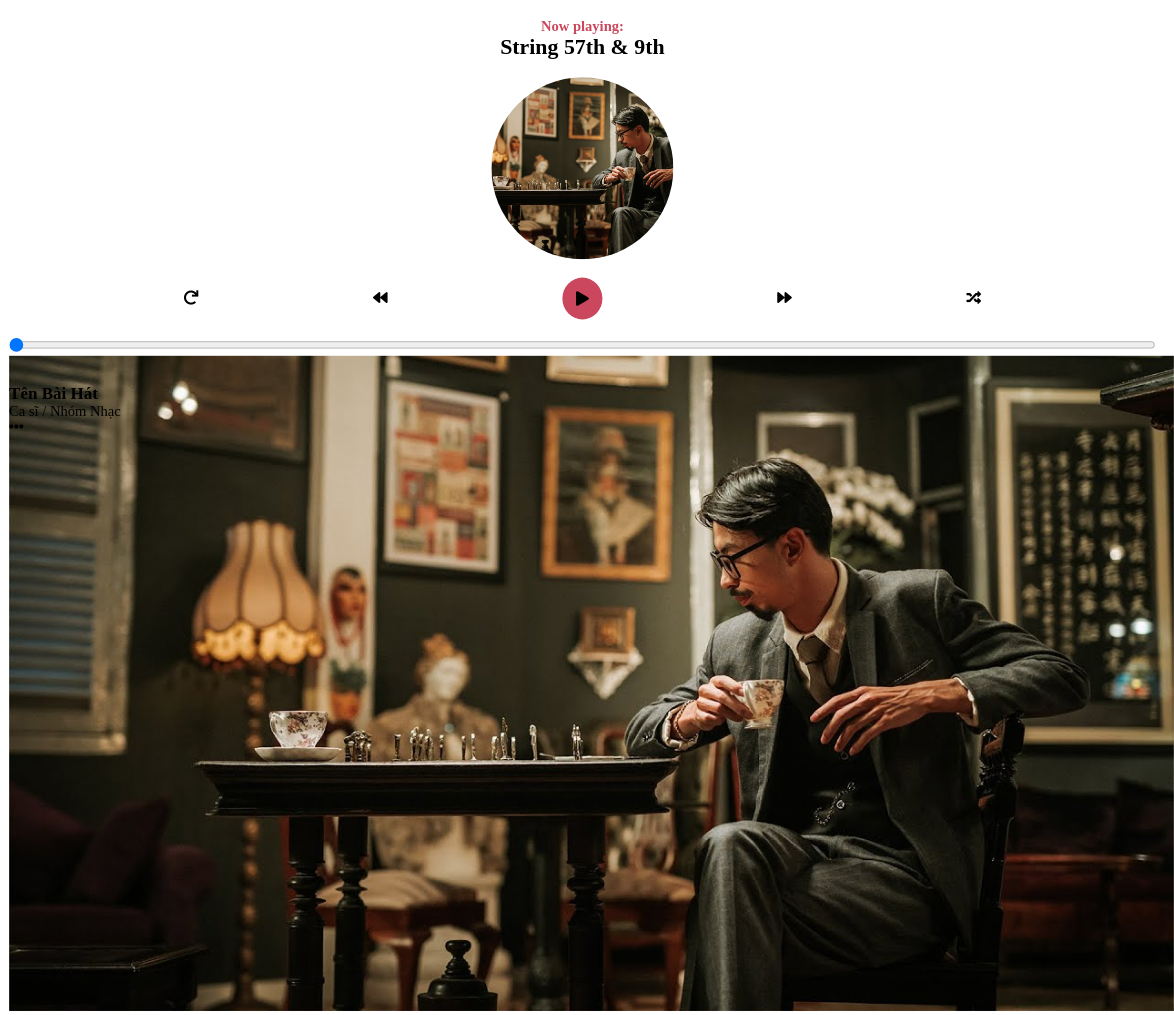
Repository: dovanthao2404/AppMusicPlayer
Page: index.html
An editor plug-in stored every save of this project. The page is shown before and after the next save, followed by the edit.
The browser window is 1280 px wide. The page is 1290 px wide, then 1280 px, so the pictures cover 1290 px, including what lies to the right of the window. The pictures show the whole page, at 91% of full size.

Above is the page before, as saved 2021-06-28 02:25:38.

### index.html
<!DOCTYPE html>
<html lang="en">

<head>
  <meta charset="UTF-8">
  <meta http-equiv="X-UA-Compatible" content="IE=edge">
  <meta name="viewport" content="width=device-width, initial-scale=1.0">
  <title>Music</title>
  <!-- FONTAWESOME -->
  <link rel="stylesheet" href="https://cdnjs.cloudflare.com/ajax/libs/font-awesome/5.15.3/css/all.min.css"
    integrity="sha512-iBBXm8fW90+nuLcSKlbmrPcLa0OT92xO1BIsZ+ywDWZCvqsWgccV3gFoRBv0z+8dLJgyAHIhR35VZc2oM/gI1w=="
    crossorigin="anonymous" referrerpolicy="no-referrer" />
  <!-- MAIN CSS -->
  <link rel="stylesheet" href="./css/app.css">
</head>

<body>
  <div class="player">
    <div class="dashboards">
      <!-- HEADER -->
      <header>
        <h4>Now playing:</h4>
        <h2>String 57th & 9th</h2>
      </header>

      <!-- CD -->
      <div id="cd" class="cd">
        <div class="thumb">
          <img src="./img/loinho.jpg" alt="">
        </div>
      </div>

      <!-- CONTROL -->
      <div class="controls" class="controls">
        <div class="btn btn-repeat">
          <i class="fa fa-redo"></i>
        </div>
        <div class="btn btn-prev">
          <i class="fa fa-backward"></i>
        </div>
        <div class="btn btn-toggle-play">
          <i class="fa fa-play"></i>
          <i class="fa fa-pause"></i>
        </div>
        <div class="btn btn-next">
          <i class="fa fa-forward"></i>
        </div>
        <div class="btn btn-random">
          <i class="fa fa-random"></i>
        </div>
      </div>

      <!-- PROGRESS -->
      <input id="progress" class="progress" value="0" step="1" min="0" max="100" type="range">

      <!-- AUDIO -->
      <audio id="audio" src=""></audio>

      <!-- PLAY LIST -->
      <div class="playlist">
        <div class="song">
          <div class="thumb">
            <img src="./img/loinho.jpg" alt="">
          </div>
          <div class="body">
            <h3 class="title">Tên Bài Hát</h3>
            <p class="author">Ca sĩ / Nhóm Nhạc</p>
          </div>
          <div class="option">
            <i class="fa fa-ellipsis-h"></i>
          </div>
        </div>
      </div>
    </div>
  </div>
  <script src="./js/app.js"></script>
</body>

</html>

### css/app.css
/* GLOBAL */
* {
  padding: 0;
  margin: 0;
  box-sizing: border-box;
}
/* PLAYER */
.dashboards {
  margin: 0 10px;
}
header {
  text-align: center;
  margin: 20px 0;
}
header h4 {
  color: rgb(202, 71, 93);
}
.cd {
  position: relative;
}
.cd .thumb {
  width: 200px;
  height: 200px;
  position: absolute;
  top: 50%;
  left: 50%;
  transform: translate(-50%);
}
.cd .thumb img {
  border-radius: 50%;
  width: 100%;
  height: 100%;
  object-fit: cover;
}
.controls {
  display: flex;
  justify-content: space-evenly;
  align-items: center;
  margin-top: 240px;
  margin-bottom: 20px;
}
.btn-toggle-play .fa {
  padding: 15px;
  border-radius: 50%;
  background-color: rgb(202, 71, 93);
}
.controls .fa-pause {
  display: none;
}
.progress {
  width: 100%;
}
.song .thumb {
  width: 30px;
  height: 30px;
}

Loaded but not shown: js/app.js (no stored copy; drawn as an empty file)

After the next save:
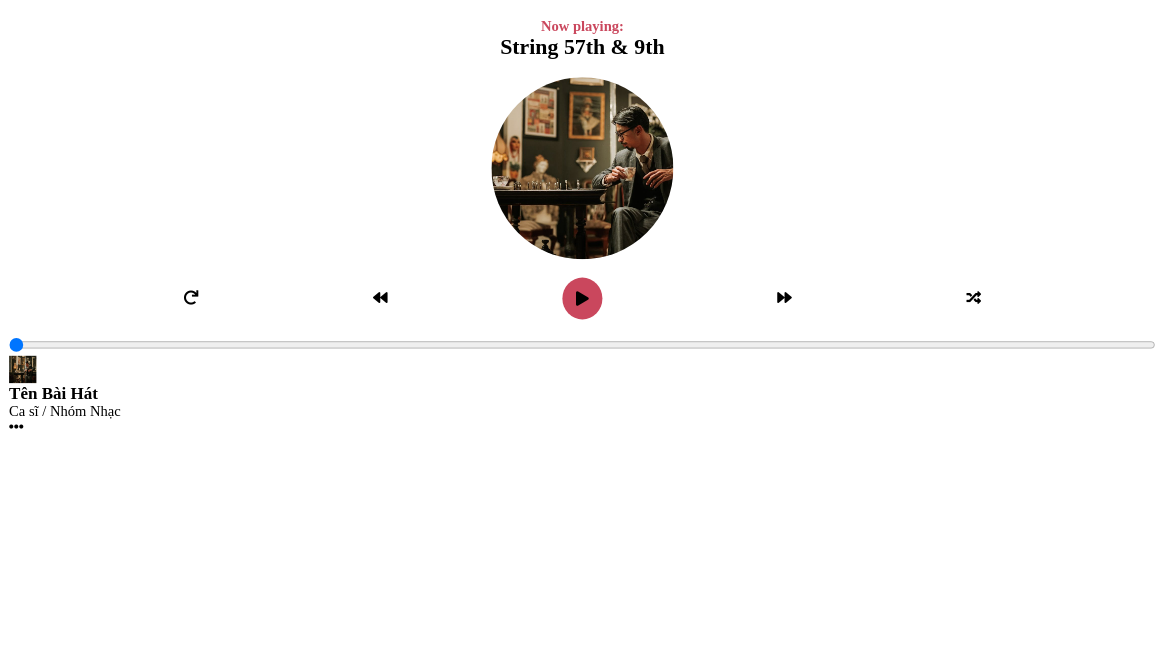
Saved 17 s later.
--- a/css/app.css
+++ b/css/app.css
@@ -54,3 +54,7 @@ header h4 {
   width: 30px;
   height: 30px;
 }
+.song .thumb img {
+  width: 100%;
+  height: 100%;
+}
